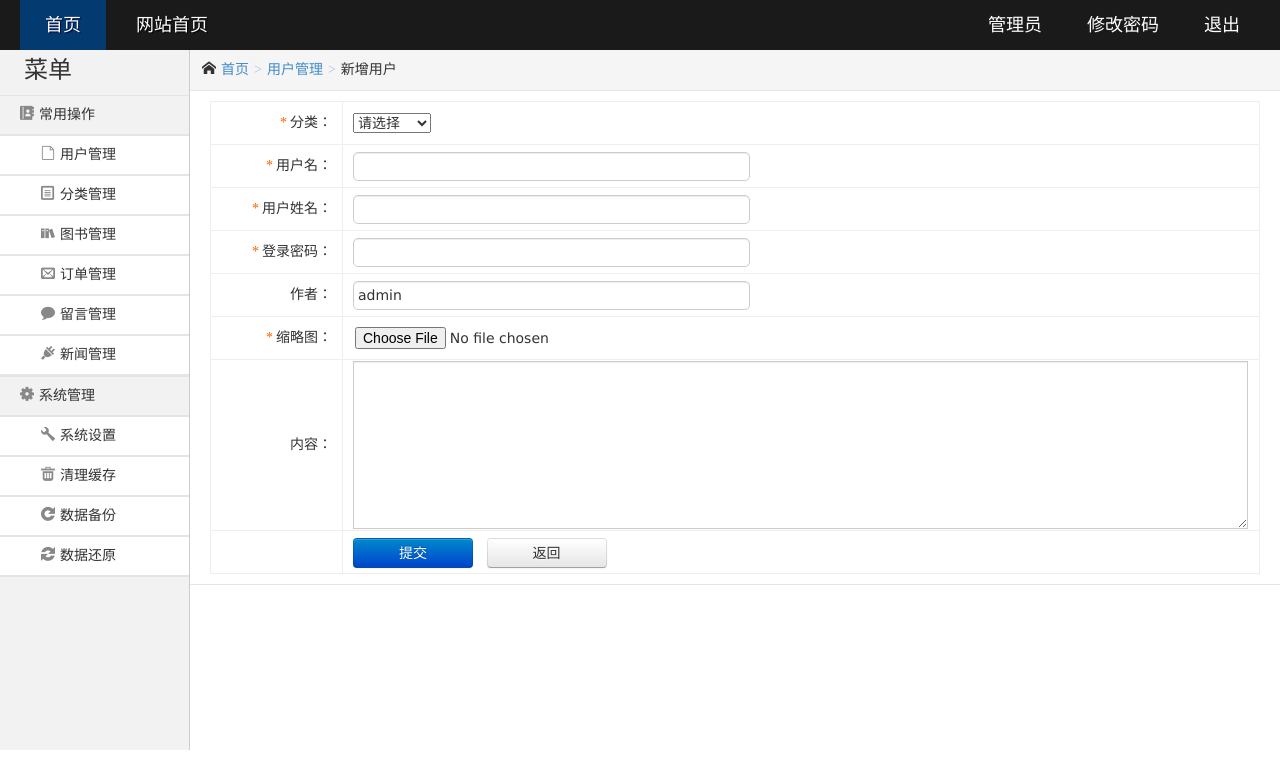
Repository: tianxiaohuahua/liuzhishop
Page: http://localhost/liuzhishop/manage/admin_useradd.jsp
An editor plug-in stored every save of this project. The page is shown before and after the next save, followed by the edit.
The browser window is 1280 px wide. The pictures show the whole page.
The page is served by Tomcat 9. Other server files are loaded and not shown.

Above is the page before, as saved 2021-02-21 12:08:45.

### liuzhishop/WebContent/manage/admin_useradd.jsp
<%@ page language="java" contentType="text/html; charset=UTF-8"
    pageEncoding="UTF-8"%>
<%@ include file="admin_menu.jsp" %>
    <!--/sidebar-->
    <div class="main-wrap">

        <div class="crumb-wrap">
            <div class="crumb-list"><i class="icon-font"></i><a href="/jscss/admin/design/">首页</a><span class="crumb-step">&gt;</span><a class="crumb-name" href="admin_user.jsp">用户管理</a><span class="crumb-step">&gt;</span><span>新增用户</span></div>
        </div>
        <div class="result-wrap">
            <div class="result-content">
                <form action="/jscss/admin/design/add" method="post" id="myform" name="myform" enctype="multipart/form-data">
                    <table class="insert-tab" width="100%">
                        <tbody><tr>
                            <th width="120"><i class="require-red">*</i>分类：</th>
                            <td>
                                <select name="colId" id="catid" class="required">
                                    <option value="">请选择</option>
                                    <option value="19">精品界面</option><option value="20">推荐界面</option>
                                </select>
                            </td>
                        </tr>

                            <tr>
                                <th><i class="require-red">*</i>用户名：</th>
                                <td>
                                    <input class="common-text required" id="title" name="username" size="50" value="" type="text">
                                </td>
                            </tr>
                            <tr>
                                <th><i class="require-red">*</i>用户姓名：</th>
                                <td>
                                    <input class="common-text required" id="title" name="name" size="50" value="" type="text">
                                </td>
                            </tr>

                            <tr>
                                <th><i class="require-red">*</i>登录密码：</th>
                                <td>
                                    <input class="common-text required" id="title" name="password" size="50" value="" type="text">
                                </td>
                            </tr>
                            <tr>
                                <th>作者：</th>
                                <td><input class="common-text" name="author" size="50" value="admin" type="text"></td>
                            </tr>
                            <tr>
                                <th><i class="require-red">*</i>缩略图：</th>
                                <td><input name="smallimg" id="" type="file"><!--<input type="submit" onclick="submitForm('/jscss/admin/design/upload')" value="上传图片"/>--></td>
                            </tr>
                            <tr>
                                <th>内容：</th>
                                <td><textarea name="content" class="common-textarea" id="content" cols="30" style="width: 98%;" rows="10"></textarea></td>
                            </tr>
                            <tr>
                                <th></th>
                                <td>
                                    <input class="btn btn-primary btn6 mr10" value="提交" type="submit">
                                    <input class="btn btn6" onClick="history.go(-1)" value="返回" type="button">
                                </td>
                            </tr>
                        </tbody></table>
                </form>
            </div>
        </div>

    </div>
    <!--/main-->
</div>
</body>
</html>

### liuzhishop/WebContent/manage/admin_menu.jsp
<%@ page language="java" contentType="text/html; charset=UTF-8"
    pageEncoding="UTF-8"%>
<!DOCTYPE html PUBLIC "-//W3C//DTD HTML 4.01 Transitional//EN" "http://www.w3.org/TR/html4/loose.dtd">
<html>
<head>
    <meta charset="UTF-8"/>
    <title>简单通用文章系统后台管理模板</title>
    <link rel="stylesheet" type="text/css" href="css/common.css"/>
    <link rel="stylesheet" type="text/css" href="css/main.css"/>
</head>
<body>
<div class="topbar-wrap white">
    <div class="topbar-inner clearfix">
        <div class="topbar-logo-wrap clearfix">
            <h1 class="topbar-logo none"><a href="index.html" class="navbar-brand">后台管理</a></h1>
            <ul class="navbar-list clearfix">
                <li><a class="on" href="admin_index.jsp">首页</a></li>
                <li><a href="#" target="_blank">网站首页</a></li>
            </ul>
        </div>
        <div class="top-info-wrap">
            <ul class="top-info-list clearfix">
                <li><a href="#">管理员</a></li>
                <li><a href="#">修改密码</a></li>
                <li><a href="#">退出</a></li>
            </ul>
        </div>
    </div>
</div>
<div class="container clearfix">
    <div class="sidebar-wrap">
        <div class="sidebar-title">
            <h1>菜单</h1>
        </div>
        <div class="sidebar-content">
            <ul class="sidebar-list">
                <li>
                    <a href="#"><i class="icon-font">&#xe003;</i>常用操作</a>
                    <ul class="sub-menu">
                        <li><a href="admin_user.jsp"><i class="icon-font">&#xe008;</i>用户管理</a></li>
                        <li><a href="admin_cate.jsp"><i class="icon-font">&#xe005;</i>分类管理</a></li>
                        <li><a href="admin_product.jsp"><i class="icon-font">&#xe006;</i>图书管理</a></li>
                        <li><a href="admin_order.jsp"><i class="icon-font">&#xe004;</i>订单管理</a></li>
                        <li><a href="admin_message.jsp"><i class="icon-font">&#xe012;</i>留言管理</a></li>
                        <li><a href="admin_news.jsp"><i class="icon-font">&#xe052;</i>新闻管理</a></li>
                    </ul>
                </li>
                <li>
                    <a href="#"><i class="icon-font">&#xe018;</i>系统管理</a>
                    <ul class="sub-menu">
                        <li><a href="system.html"><i class="icon-font">&#xe017;</i>系统设置</a></li>
                        <li><a href="system.html"><i class="icon-font">&#xe037;</i>清理缓存</a></li>
                        <li><a href="system.html"><i class="icon-font">&#xe046;</i>数据备份</a></li>
                        <li><a href="system.html"><i class="icon-font">&#xe045;</i>数据还原</a></li>
                    </ul>
                </li>
            </ul>
        </div>
    </div>

### liuzhishop/WebContent/manage/css/common.css
html{height:100%;}
body{font:14px/1.5 '微软雅黑';word-wrap:break-word;word-break:break-all;-webkit-text-size-adjust:none;background:#fff;color:#333;}
body,dl,dd,h1,h2,h3,h4,h5,h6,p,form,ul,ol,blockquote{margin:0}
img{border:0 none;vertical-align:middle}
input,select,textarea{font-size:14px;color:#333}
input{vertical-align:middle;padding:2px;margin:0}
table{border-collapse:collapse;border-spacing:0}
select,input,button{font:14px/20px Verdana,Simsun,Helvetica,Arial,sans-serif;}
em,i,cite,blockquote{font-style:normal}
ul,ol{list-style:none outside;padding:0}
h1,h2,h3,h4,h5,h6{font-size:100%}
textarea{overflow-y:auto;padding:3px}
a{color:#428bca;text-decoration:none;outline:0}
a:hover,a:active{color:#2a6496;text-decoration:none;}
a:focus{outline:0;}
button::-moz-focus-inner{border:0;padding:0;}
figure{margin:0}
article,aside,details,figcaption,figure,footer,header,hgroup,menu,nav,section{display:block}
.ppr{position:relative;}
.ppa{position:absolute;}
.fl{float:left}
.fr{float:right}
.tl{text-align:left;}
.tc{text-align:center;}
.tr{text-align:right;}
.mlr5{margin:0 5px;}
.mt5{margin-top:5px;}
.mr5{margin-right:5px;}
.mt10{margin-top:10px;}
.ml5{margin-left:5px;}
.ml10{margin-left:10px;}
.mr10{margin-right:10px;}
.mb10{margin-bottom:10px;}
.mb20{margin-bottom:20px;}
.pl5{padding-left:5px;}
.pb10{padding-bottom:10px;}
.pt20{padding-top:20px;}
.pl10{padding-left:10px;}
.ptb20{padding:20px 0;}
.grayc{color:#ccc}
.gray6{color:#666}
.gray9{color:#999}
.emstyle{font-style:italic}
.clear{clear:both}
.clearfix:after{content:".";display:block;height:0;clear:both;visibility:hidden;}
.clearfix{*height:1%;}
.none{display:none}
.block{display:block;}
.minheight500{min-height:500px;height:auto !important;height:500px;overflow:visible;}
.wrap-box{width:960px;margin:0 auto;}
.blue,.blue a:link,.blue a:visited{color:blue;}
.blue a:hover{color:#f60;}
.white,.white a:link,.white a:visited{color:#fff;}
.white a:hover{color:#ff0;}
.red,.red a:link,.red a:visited{color:#f00;}
.red a:hover{color:#f60;}
.orange,.orange a:link,.orange a:visited{color:#ffa500;}
.orange a:hover{color:#f60;}
@font-face{font-family:'icomoon';src:url('../fonts/icomoon.eot');src:url('../fonts/icomoon.eot?#iefix') format('embedded-opentype'),url('../fonts/icomoon.woff') format('woff'),url('../fonts/icomoon.ttf') format('truetype'),url('../fonts/icomoon.svg#icomoon') format('svg');font-weight:normal;font-style:normal;}
.icon-font { font-family:'icomoon'; speak:none; font-weight:400; font-style:normal; font-variant:normal; text-transform:none; line-height:1; -webkit-font-smoothing:antialiased; }
.require-red{color:#f60;font-family:serif;margin-right:3px;}
/* common */
.topbar-wrap{height:50px;line-height:50px;background:#1A1A1A;}
.topbar-logo-wrap{float:left;}
.topbar-inner{font-size:18px;padding:0 20px;}
.topbar-logo{float:left;width:150px;text-align:center;}
.navbar-list{float:left;}
.top-info-wrap{float:right;}
.navbar-list{}
.navbar-list li{float:left;}
.navbar-list li a{float:left;margin-right:5px;padding:0 25px;text-shadow:1px 1px 1px #000;}
.navbar-list li a:hover{background:#343434;}
.navbar-list li a.on{color:#fff;text-shadow:1px 1px 1px #003;background:#033b70;}
.top-info-list li{float:left;}
.top-info-list li a{float:left;margin-left:5px;padding:0 20px;display:inline;zoom:1;}
.top-info-list li a:hover{background:#343434;}
.btn{display:inline-block;*display:inline;padding:4px 12px;margin-bottom:0;*margin-left:.3em;font-size:14px;line-height:20px;color:#333333;text-align:center;text-shadow:0 1px 1px rgba(255,255,255,0.75);vertical-align:middle;cursor:pointer;background-color:#f5f5f5;*background-color:#e6e6e6;background-image:-moz-linear-gradient(top,#ffffff,#e6e6e6);background-image:-webkit-gradient(linear,0 0,0 100%,from(#ffffff),to(#e6e6e6));background-image:-webkit-linear-gradient(top,#ffffff,#e6e6e6);background-image:-o-linear-gradient(top,#ffffff,#e6e6e6);background-image:linear-gradient(to bottom,#ffffff,#e6e6e6);background-repeat:repeat-x;border:1px solid #bbbbbb;*border:0;border-color:#e6e6e6 #e6e6e6 #bfbfbf;border-color:rgba(0,0,0,0.1) rgba(0,0,0,0.1) rgba(0,0,0,0.25);border-bottom-color:#a2a2a2;-webkit-border-radius:4px;-moz-border-radius:4px;border-radius:4px;filter:progid:DXImageTransform.Microsoft.gradient(startColorstr='#ffffffff',endColorstr='#ffe6e6e6',GradientType=0);filter:progid:DXImageTransform.Microsoft.gradient(enabled=false);*zoom:1;-webkit-box-shadow:inset 0 1px 0 rgba(255,255,255,0.2),0 1px 2px rgba(0,0,0,0.05);-moz-box-shadow:inset 0 1px 0 rgba(255,255,255,0.2),0 1px 2px rgba(0,0,0,0.05);box-shadow:inset 0 1px 0 rgba(255,255,255,0.2),0 1px 2px rgba(0,0,0,0.05);}
.btn:hover,.btn:active,.btn.active,.btn.disabled,.btn[disabled]{color:#333333;background-color:#e6e6e6;*background-color:#d9d9d9;}
.btn:active,.btn.active{background-color:#cccccc \9;}
.btn:first-child{*margin-left:0;}
.btn:hover{color:#333333;text-decoration:none;background-position:0 -15px;-webkit-transition:background-position 0.1s linear;-moz-transition:background-position 0.1s linear;-o-transition:background-position 0.1s linear;transition:background-position 0.1s linear;}
.btn:focus{outline:thin dotted #333;outline:5px auto -webkit-focus-ring-color;outline-offset:-2px;}
.btn.active,.btn:active{background-image:none;outline:0;-webkit-box-shadow:inset 0 2px 4px rgba(0,0,0,0.15),0 1px 2px rgba(0,0,0,0.05);-moz-box-shadow:inset 0 2px 4px rgba(0,0,0,0.15),0 1px 2px rgba(0,0,0,0.05);box-shadow:inset 0 2px 4px rgba(0,0,0,0.15),0 1px 2px rgba(0,0,0,0.05);}
.btn-primary{color:#ffffff;text-shadow:0 -1px 0 rgba(0,0,0,0.25);background-color:#006dcc;*background-color:#0044cc;background-image:-moz-linear-gradient(top,#0088cc,#0044cc);background-image:-webkit-gradient(linear,0 0,0 100%,from(#0088cc),to(#0044cc));background-image:-webkit-linear-gradient(top,#0088cc,#0044cc);background-image:-o-linear-gradient(top,#0088cc,#0044cc);background-image:linear-gradient(to bottom,#0088cc,#0044cc);background-repeat:repeat-x;border-color:#0044cc #0044cc #002a80;border-color:rgba(0,0,0,0.1) rgba(0,0,0,0.1) rgba(0,0,0,0.25);filter:progid:DXImageTransform.Microsoft.gradient(startColorstr='#ff0088cc',endColorstr='#ff0044cc',GradientType=0);filter:progid:DXImageTransform.Microsoft.gradient(enabled=false);}
.btn-primary:hover,.btn-primary:active,.btn-primary.active,.btn-primary.disabled,.btn-primary[disabled]{color:#ffffff;background-color:#0044cc;*background-color:#003bb3;}
.btn-primary:active,.btn-primary.active{background-color:#003399 \9;}
.btn-warning{color:#ffffff;text-shadow:0 -1px 0 rgba(0,0,0,0.25);background-color:#faa732;*background-color:#f89406;background-image:-moz-linear-gradient(top,#fbb450,#f89406);background-image:-webkit-gradient(linear,0 0,0 100%,from(#fbb450),to(#f89406));background-image:-webkit-linear-gradient(top,#fbb450,#f89406);background-image:-o-linear-gradient(top,#fbb450,#f89406);background-image:linear-gradient(to bottom,#fbb450,#f89406);background-repeat:repeat-x;border-color:#f89406 #f89406 #ad6704;border-color:rgba(0,0,0,0.1) rgba(0,0,0,0.1) rgba(0,0,0,0.25);filter:progid:DXImageTransform.Microsoft.gradient(startColorstr='#fffbb450',endColorstr='#fff89406',GradientType=0);filter:progid:DXImageTransform.Microsoft.gradient(enabled=false);}
.btn-warning:hover,.btn-warning:active,.btn-warning.active,.btn-warning.disabled,.btn-warning[disabled]{color:#ffffff;background-color:#f89406;*background-color:#df8505;}
.btn-warning:active,.btn-warning.active{background-color:#c67605 \9;}
.btn-danger{color:#ffffff;text-shadow:0 -1px 0 rgba(0,0,0,0.25);background-color:#da4f49;*background-color:#bd362f;background-image:-moz-linear-gradient(top,#ee5f5b,#bd362f);background-image:-webkit-gradient(linear,0 0,0 100%,from(#ee5f5b),to(#bd362f));background-image:-webkit-linear-gradient(top,#ee5f5b,#bd362f);background-image:-o-linear-gradient(top,#ee5f5b,#bd362f);background-image:linear-gradient(to bottom,#ee5f5b,#bd362f);background-repeat:repeat-x;border-color:#bd362f #bd362f #802420;border-color:rgba(0,0,0,0.1) rgba(0,0,0,0.1) rgba(0,0,0,0.25);filter:progid:DXImageTransform.Microsoft.gradient(startColorstr='#ffee5f5b',endColorstr='#ffbd362f',GradientType=0);filter:progid:DXImageTransform.Microsoft.gradient(enabled=false);}
.btn-danger:hover,.btn-danger:active,.btn-danger.active,.btn-danger.disabled,.btn-danger[disabled]{color:#ffffff;background-color:#bd362f;*background-color:#a9302a;}
.btn-danger:active,.btn-danger.active{background-color:#942a25 \9;}
.btn-success{color:#ffffff;text-shadow:0 -1px 0 rgba(0,0,0,0.25);background-color:#5bb75b;*background-color:#51a351;background-image:-moz-linear-gradient(top,#62c462,#51a351);background-image:-webkit-gradient(linear,0 0,0 100%,from(#62c462),to(#51a351));background-image:-webkit-linear-gradient(top,#62c462,#51a351);background-image:-o-linear-gradient(top,#62c462,#51a351);background-image:linear-gradient(to bottom,#62c462,#51a351);background-repeat:repeat-x;border-color:#51a351 #51a351 #387038;border-color:rgba(0,0,0,0.1) rgba(0,0,0,0.1) rgba(0,0,0,0.25);filter:progid:DXImageTransform.Microsoft.gradient(startColorstr='#ff62c462',endColorstr='#ff51a351',GradientType=0);filter:progid:DXImageTransform.Microsoft.gradient(enabled=false);}
.btn-success:hover,.btn-success:active,.btn-success.active,.btn-success.disabled,.btn-success[disabled]{color:#ffffff;background-color:#51a351;*background-color:#499249;}
.btn-success:active,.btn-success.active{background-color:#408140 \9;}
.btn-info{color:#ffffff;text-shadow:0 -1px 0 rgba(0,0,0,0.25);background-color:#49afcd;*background-color:#2f96b4;background-image:-moz-linear-gradient(top,#5bc0de,#2f96b4);background-image:-webkit-gradient(linear,0 0,0 100%,from(#5bc0de),to(#2f96b4));background-image:-webkit-linear-gradient(top,#5bc0de,#2f96b4);background-image:-o-linear-gradient(top,#5bc0de,#2f96b4);background-image:linear-gradient(to bottom,#5bc0de,#2f96b4);background-repeat:repeat-x;border-color:#2f96b4 #2f96b4 #1f6377;border-color:rgba(0,0,0,0.1) rgba(0,0,0,0.1) rgba(0,0,0,0.25);filter:progid:DXImageTransform.Microsoft.gradient(startColorstr='#ff5bc0de',endColorstr='#ff2f96b4',GradientType=0);filter:progid:DXImageTransform.Microsoft.gradient(enabled=false);}
.btn-info:hover,.btn-info:active,.btn-info.active,.btn-info.disabled,.btn-info[disabled]{color:#ffffff;background-color:#2f96b4;*background-color:#2a85a0;}
.btn-info:active,.btn-info.active{background-color:#24748c \9;}
.btn-inverse{color:#ffffff;text-shadow:0 -1px 0 rgba(0,0,0,0.25);background-color:#363636;*background-color:#222222;background-image:-moz-linear-gradient(top,#444444,#222222);background-image:-webkit-gradient(linear,0 0,0 100%,from(#444444),to(#222222));background-image:-webkit-linear-gradient(top,#444444,#222222);background-image:-o-linear-gradient(top,#444444,#222222);background-image:linear-gradient(to bottom,#444444,#222222);background-repeat:repeat-x;border-color:#222222 #222222 #000000;border-color:rgba(0,0,0,0.1) rgba(0,0,0,0.1) rgba(0,0,0,0.25);filter:progid:DXImageTransform.Microsoft.gradient(startColorstr='#ff444444',endColorstr='#ff222222',GradientType=0);filter:progid:DXImageTransform.Microsoft.gradient(enabled=false);}
.btn-inverse:hover,.btn-inverse:active,.btn-inverse.active,.btn-inverse.disabled,.btn-inverse[disabled]{color:#ffffff;background-color:#222222;*background-color:#151515;}
.btn-inverse:active,.btn-inverse.active{background-color:#080808 \9;}
.btn4{width:60px;}
.btn5{width:80px;}
.btn6{width:120px;}
.btn7{width:130px;}
.btn8{width:140px;}
.btn9{width:160px;}
.btn10{width:180px;}
.btn50{width:50%;}
.btn100{width:100%;}
textarea,input[type="text"],input[type="password"],input[type="datetime"],input[type="datetime-local"],input[type="date"],input[type="month"],input[type="time"],input[type="week"],input[type="number"],input[type="email"],input[type="url"],input[type="search"],input[type="tel"],input[type="color"],.uneditable-input{background-color:#ffffff;border:1px solid #cccccc;-webkit-box-shadow:inset 0 1px 1px rgba(0,0,0,0.075);-moz-box-shadow:inset 0 1px 1px rgba(0,0,0,0.075);box-shadow:inset 0 1px 1px rgba(0,0,0,0.075);-webkit-transition:border linear 0.2s,box-shadow linear 0.2s;-moz-transition:border linear 0.2s,box-shadow linear 0.2s;-o-transition:border linear 0.2s,box-shadow linear 0.2s;transition:border linear 0.2s,box-shadow linear 0.2s;}
textarea:focus,input[type="text"]:focus,input[type="password"]:focus,input[type="datetime"]:focus,input[type="datetime-local"]:focus,input[type="date"]:focus,input[type="month"]:focus,input[type="time"]:focus,input[type="week"]:focus,input[type="number"]:focus,input[type="email"]:focus,input[type="url"]:focus,input[type="search"]:focus,input[type="tel"]:focus,input[type="color"]:focus,.uneditable-input:focus{border-color:rgba(82,168,236,0.8);outline:0;outline:thin dotted \9;/* IE6-9 */
-webkit-box-shadow:inset 0 1px 1px rgba(0,0,0,0.075),0 0 8px rgba(82,168,236,0.6);-moz-box-shadow:inset 0 1px 1px rgba(0,0,0,0.075),0 0 8px rgba(82,168,236,0.6);box-shadow:inset 0 1px 1px rgba(0,0,0,0.075),0 0 8px rgba(82,168,236,0.6);}
.insert-tab{border-collapse:collapse;border:1px solid #eee;}
.insert-tab th,.insert-tab td{border:1px solid #eee;}
.insert-tab tr{line-height:40px;}
.insert-tab th{text-align:right;font-weight:normal;padding-right:10px;font-size:14px;}
.insert-tab td{text-align:left;padding-left:10px;}
.list-page{padding:20px 0;text-align:center;}
.list-page a{margin:0 5px;padding:2px 7px;border:1px solid #ccc;background:#f3f3f3;}
.list-page a:hover{background:#e4e4e4;border:1px solid #908f8f;}
.list-page .current{margin:0 5px;padding:2px 7px;background:#f60;border:1px solid #fe8101;color:#fff;}

### liuzhishop/WebContent/manage/css/main.css
.sidebar-wrap{float: left;width: 189px;min-height:700px;background: #f2f2f2;border-right:1px solid #ccc;/*cursor:e-resize;*/}
.main-wrap{margin-left: 190px;min-height:100%;}
.sidebar-title{height: 40px;line-height: 40px;text-indent:1em;font-size: 24px;text-align: left;}
.sidebar-title h1{font-weight: normal;}
.sidebar-content{padding-top: 5px;}
.sidebar-list li{border:1px solid #e5e5e5;border-width:1px 0;}
.sidebar-list li .icon-font{margin-right: 5px;color: #888;font-size: 14px;}
.sidebar-list li a{padding: 0 16px 0 20px;display: block;height: 38px;line-height: 38px;color: #333;}
.sidebar-list li a:hover{background: #fff;color: #1963AA;}
.sub-menu{border-top: 1px solid #e5e5e5;background: #fff;}
.sub-menu li{padding-left: 21px;}
.sub-menu li.on{background: #1963AA;}
.sub-menu li.on a{background: #1963AA;color: #fff;}
.sub-menu li.on .icon-font{color: #fff;}
.sub-menu .icon-font{font-size: 11px;}
/* main */
.crumb-wrap{height: 40px;line-height: 39px;border-bottom: 1px solid #e5e5e5;background: #f5f5f5;}
.crumb-list{padding-left: 12px;}
.crumb-list .icon-font{margin-right: 5px;}
.crumb-step{margin: 0 5px;color: #b2c2e0;font-family: serif;}
.search-wrap{padding: 15px 0;border-bottom: 1px solid #e5e5e5;}
.search-tab tr{line-height: 35px;}
.search-tab th{text-align: right;padding-right:10px;font-weight: normal;}
.search-tab td{padding: 0 5px;}
.common-text{height: 23px;line-height: 23px;padding: 2px 4px;border: 1px solid #ccc;background: #fff;border-radius:5px;}
.result-wrap{padding:10px 20px;border-bottom: 1px solid #e5e5e5;}
.result-title{line-height: 35px;padding-bottom: 5px;overflow: hidden;}
.comment-title{line-height: 35px;margin-bottom: 10px;overflow: hidden;}
.result-list a{margin-right: 15px;}
.result-list i{padding-right: 5px;}
.result-tab{border-collapse:collapse;border: 1px solid #ddd;}
.result-tab th{font-weight: normal;font-size: 15px;text-align: left;background: url(../images/tab-thbg.png) #f9f9f9 0 bottom repeat-x;}
.result-tab th,.result-tab td{padding:5px;border-bottom: 1px solid #ddd;border-right: 1px solid #e1e1e1;}
.result-tab tr{line-height:35px;}
.result-tab th.tc,.result-tab td.tc{text-align: center;}
.result-tab tr:nth-child(odd){background: #f9f9f9;}
.result-tab tr:hover{background: #f1f1f1;}
.result-tab tr.even-tr{background: #e9fff2;}
.comment-tab{border-bottom: 1px solid #ddd;padding-left: 15px;margin-bottom: 10px;}
.comment-tab a{float: left;}
.comment-tab a.on{padding: 0 15px;background: #49afcd;color: #fff;border-radius:5px 5px 0 0;}
/* config */
.config-items{margin-bottom: 25px;}
.config-title{margin-bottom: 10px;}
.config-title h1{font-size: 14px;font-weight: normal;}
.config-title h1 i{margin-right: 5px;font-size: 12px;}
.columns-title{padding: 10px 0;height: 35px;line-height: 35px;overflow: hidden;}
/*.columns-title .comment-tab{padding-left: 0;}*/
.visitor-img{float: left;}
.visitor-info{float: left;padding-left: 10px;line-height:23px;}
.visitor-email{color: #aaa;}
.short-wrap a{margin-right: 20px;}
.short-wrap a i{margin-right: 5px;}
.res-lab{display: inline-block;width: 150px;padding-right: 10px;text-align: right;}
.sys-info-list li{line-height: 35px;border-bottom: 1px dashed #eaeaea;}
.res-lab{color: #909090;}
.res-info{font-size: 15px;}
.sort-input{width: 25px;text-align: center;}

After the next save:
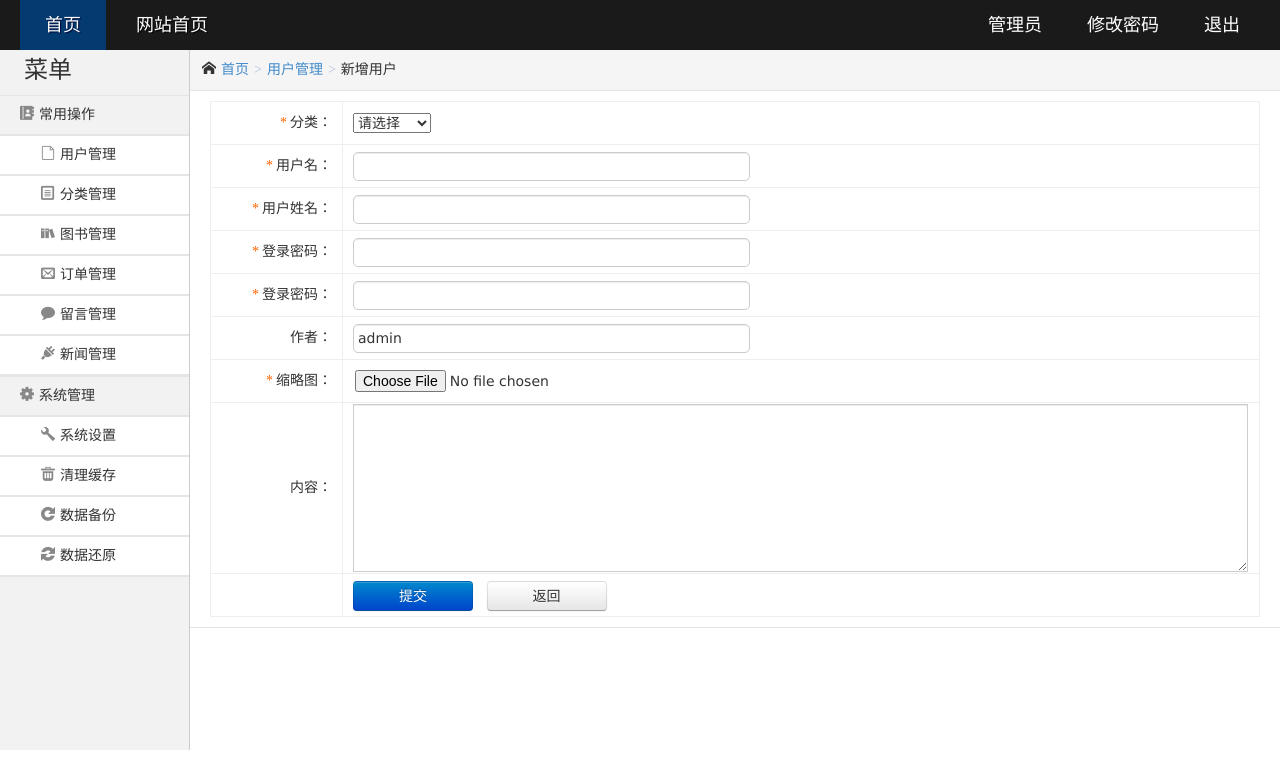
Saved 24 s later.
--- a/liuzhishop/WebContent/manage/admin_useradd.jsp
+++ b/liuzhishop/WebContent/manage/admin_useradd.jsp
@@ -40,6 +40,15 @@
                                     <input class="common-text required" id="title" name="password" size="50" value="" type="text">
                                 </td>
                             </tr>
+
+                             <tr>
+                                <th><i class="require-red">*</i>登录密码：</th>
+                                <td>
+                                    <input class="common-text required" id="title" name="password" size="50" value="" type="text">
+                                </td>
+                            </tr>
+
+
                             <tr>
                                 <th>作者：</th>
                                 <td><input class="common-text" name="author" size="50" value="admin" type="text"></td>
